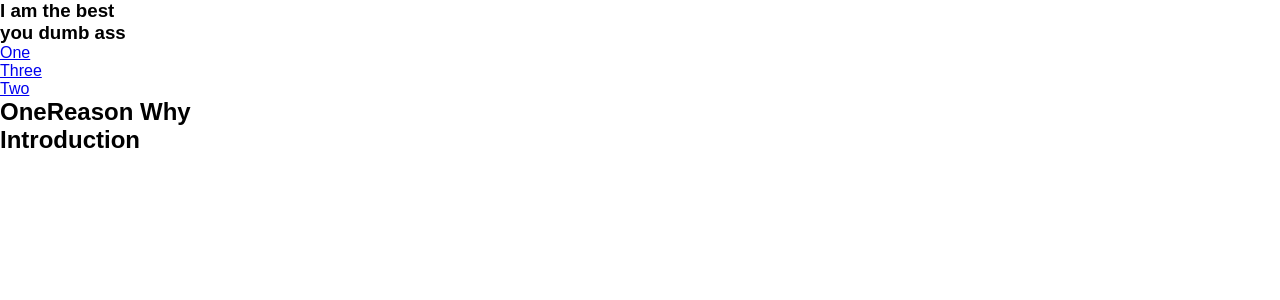
Repository: Imprasna/scrollmagic
Page: index.html
The author's editor kept a copy of each file at every save. The page is drawn from the files as they stood at one save, then again after the next save.
The browser window is 1280 px wide. The pictures show the whole page.
Some web fonts or font styles are not loaded; a fallback is used. Some web libraries are served in a nearby version.

Above is the page before, as saved 2021-10-26 00:48:45.

After the next save:
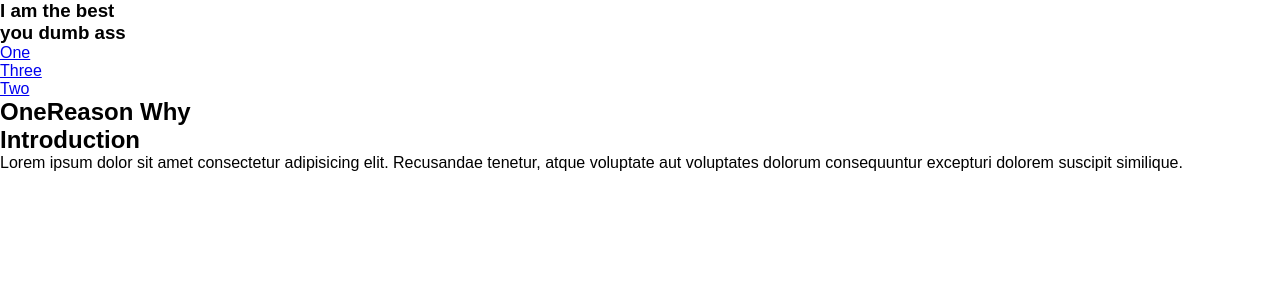
Saved 6 s later.
--- a/index.html
+++ b/index.html
@@ -25,7 +25,7 @@
     <section class="first-page">
         <div class="intro">
             <h2>Introduction</h2>
-
+            <p>Lorem ipsum dolor sit amet consectetur adipisicing elit. Recusandae tenetur, atque voluptate aut voluptates dolorum consequuntur excepturi dolorem suscipit similique.</p>
         </div>
     </section>
 
